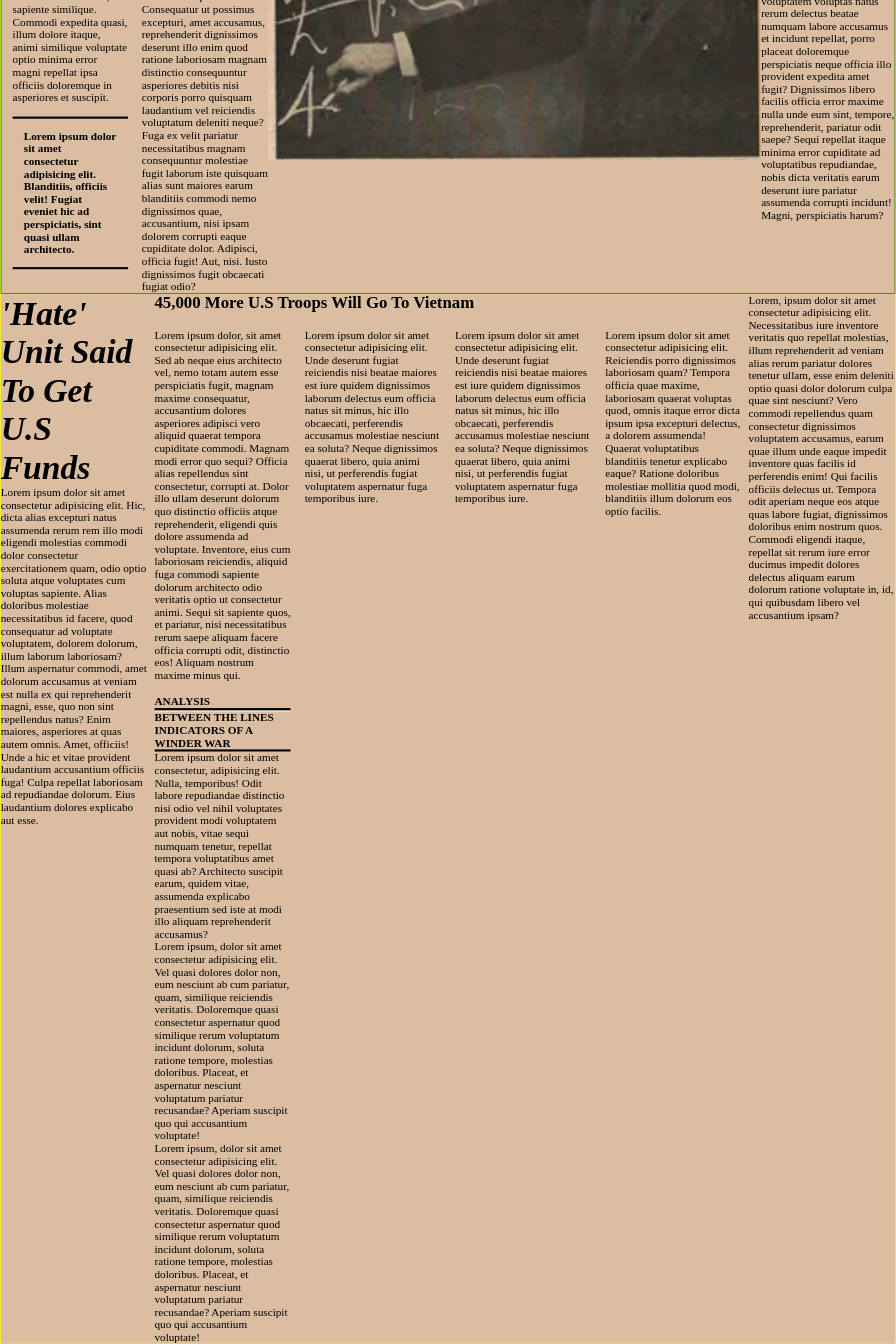
Repository: Arkitecth/newspaper-grid
Page: index.html
These files come from the project's save history. The page is drawn as it stood at one moment and after the next save; the edit follows.
The browser window is 1280 px wide. The pictures show the part of the page from y = 822 to 2742 px (the page is 2742 px tall before and 2736 px after), at 70% of full size.

Above is the page before, as saved 2023-05-29 20:29:01.

After the next save:
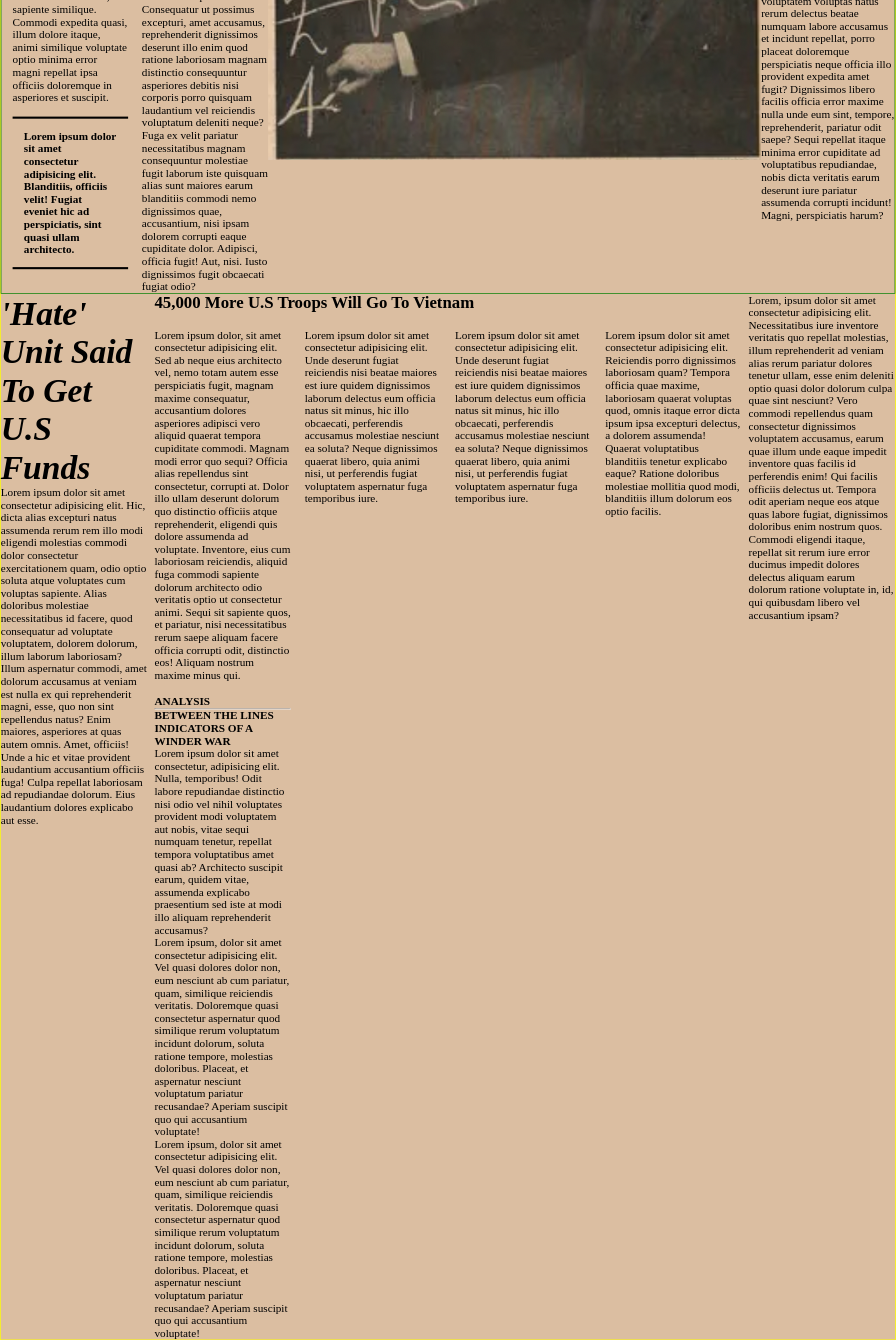
Saved 12 s later.
--- a/styles.css
+++ b/styles.css
@@ -127,5 +127,4 @@
 
 .bottom-grid h4 {
     text-transform: uppercase;
-    border-bottom: 3px solid black;
 }

After the 3 saves that followed:
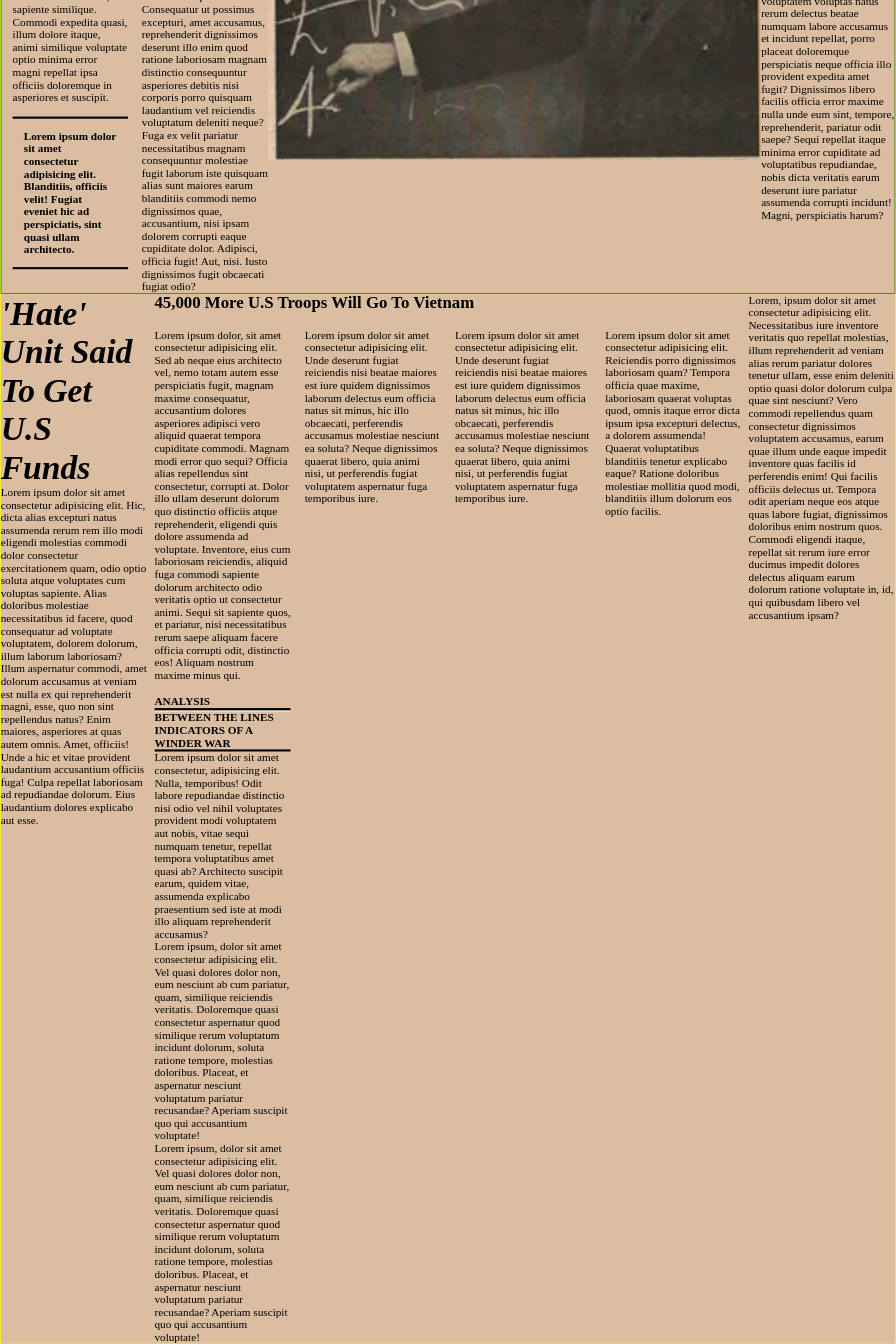
The 3 saves are shown as one change because 2 left the picture as it was.
The last was saved 60 s later.
--- a/styles.css
+++ b/styles.css
@@ -127,4 +127,5 @@
 
 .bottom-grid h4 {
     text-transform: uppercase;
+    border-bottom: 3px solid black;
 }
